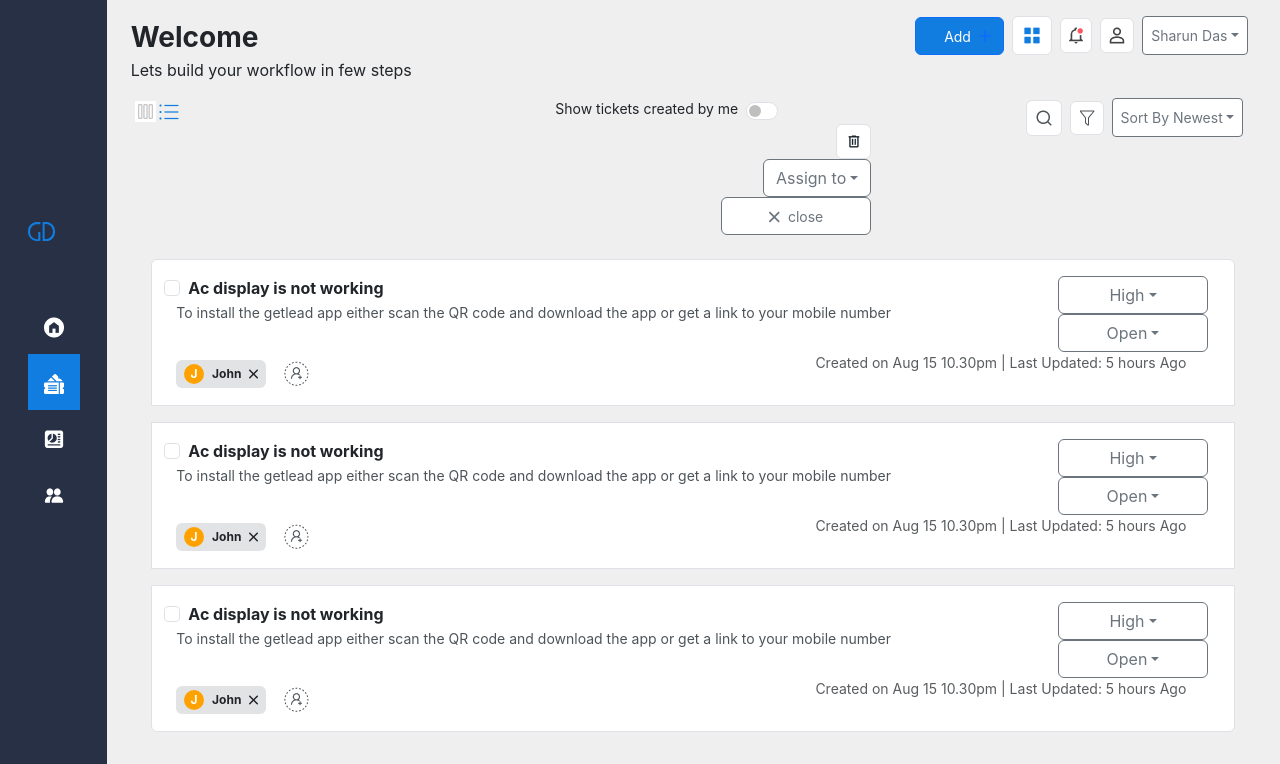
Repository: rishikarajeev/GL_HelpDesk
Page: /
These files come from the project's save history. The page is drawn as it stood at one moment and after the next save; the edit follows.
The browser window is 1280 px wide. The pictures show the whole page.
The project was rebuilt for these pictures with package versions that can differ from the ones it lists, and the page was loaded fresh each time. Also part of the build but not shown: src/App.css, src/Pages/HomePage.jsx.

Above is the page before, as saved 2024-01-11 14:36:29.

After the next save:
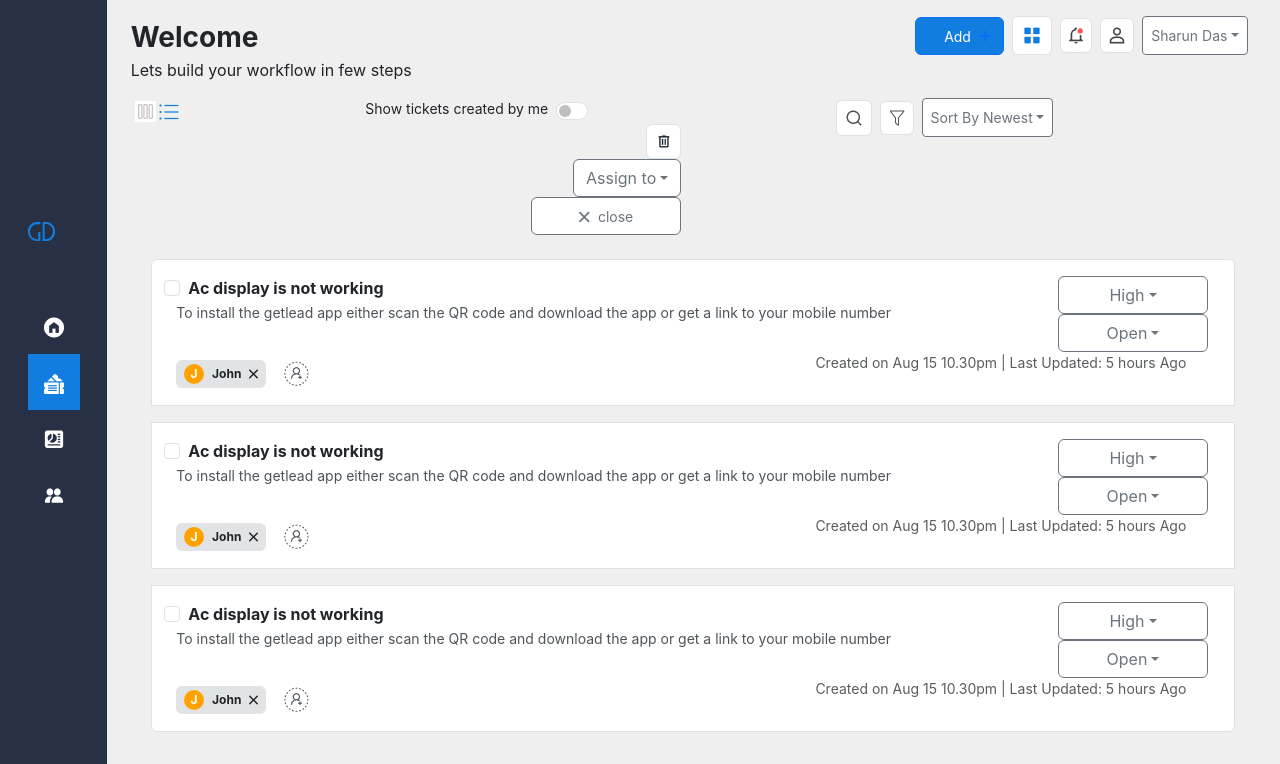
Saved 12 s later.
--- a/src/Pages/ViewTickets.jsx
+++ b/src/Pages/ViewTickets.jsx
@@ -23,7 +23,7 @@ function ViewTickets() {
   return (
     <Container>
       <Row className=" mt-3 mb-2  ">
-        <Col xs={4}>
+        <Col xs={2}>
           <img src={column_icon} alt="Local Icon" />
 
           <img src={list_icon} />
